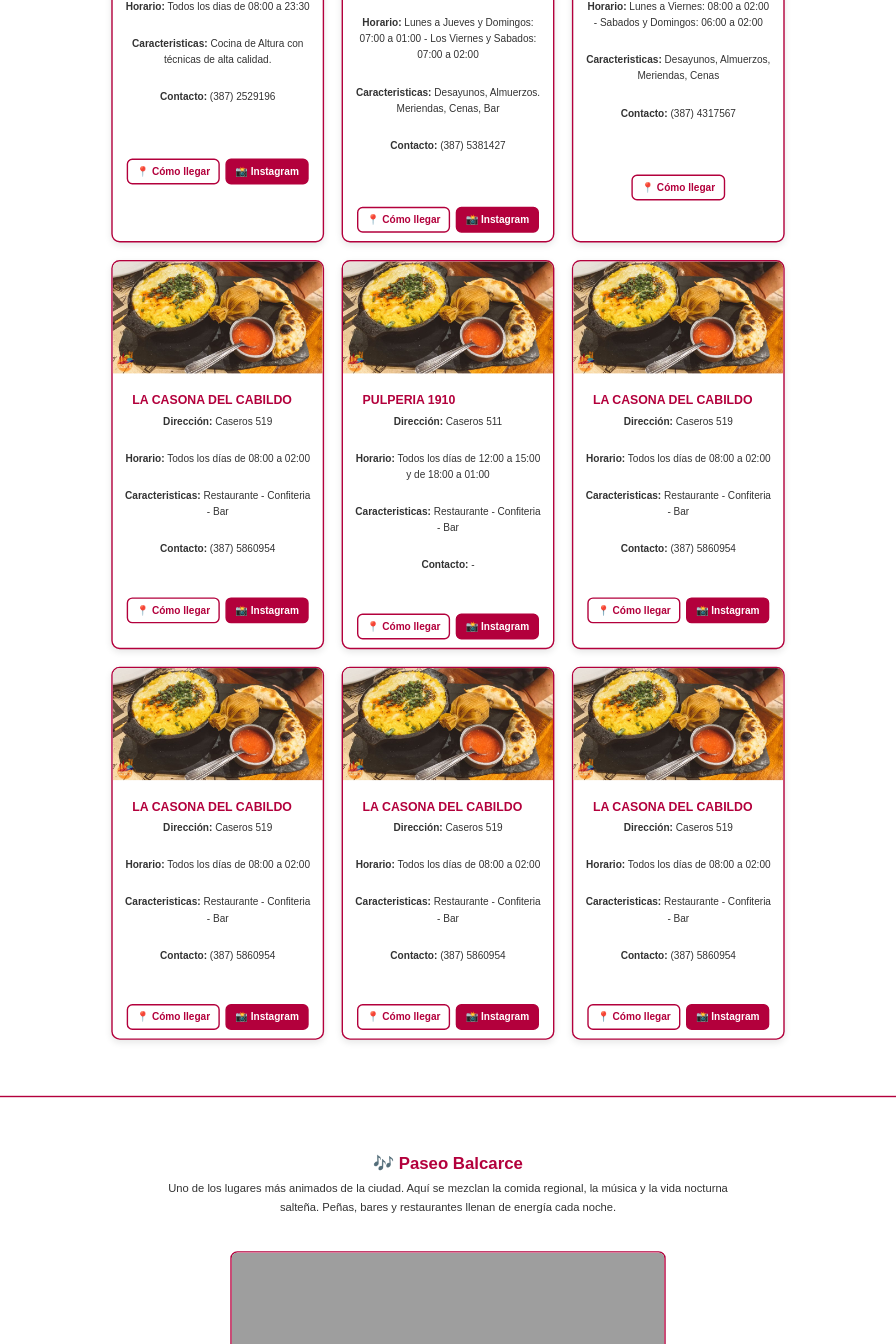
Repository: nahir95/come-en-salta
Page: restaurantes.html
An editor plug-in stored every save of this project. The page is shown before and after the next save, followed by the edit.
The browser window is 1280 px wide. The pictures show the part of the page from y = 1408 to 3328 px (the page is 6205 px tall before and 6223 px after), at 70% of full size.
Pictures or frames that could not be fetched are drawn as grey boxes.

Above is the page before, as saved 2025-11-12 02:32:31.

### restaurantes.html
<!doctype html>
<html lang="es">
<head>
  <meta charset="utf-8" />
  <meta name="viewport" content="width=device-width, initial-scale=1" />
  <title>Restaurantes - Comé en Salta</title>
  <link rel="stylesheet" href="style.css">
</head>

<body>
  <header>
    <h1>Comé en Salta</h1>
    <nav>
      <a href="index.html">Inicio</a>
      <a href="restaurantes.html">Restaurantes</a>
      <a href="penas.html">Peñas</a>
      <a href="#contacto">Contacto</a>
    </nav>
  </header>

  <main class="restaurantes">
    <section class="intro">
      <h2>Los mejores lugares para disfrutar en Salta</h2>
      <p>Explorá los sabores salteños en cada rincón de la ciudad. Desde el corazón histórico hasta los paseos más modernos, la gastronomía local te invita a vivir experiencias únicas.</p>
    </section>

    <!-- PLAZA 9 DE JULIO -->
<section id="plaza9" class="zona">
  <h2>🍽️ Plaza 9 de Julio</h2>
  <p>El corazón histórico de Salta ofrece restaurantes con encanto colonial, ideales para disfrutar de la gastronomía local frente a la plaza principal.</p>

  <div class="zona-grid">

    <!-- Restaurante 1 -->
    <article class="card restaurante">
      <img src="imagenes/cafe-catedral.jpeg" alt="El Solar del Convento">
      <div class="card-content">
        <h3>CAFE CATEDRAL</h3>
        <p><strong>Dirección:</strong> Bartolomé Mitre 95</p>
        <p><strong>Horarios:</strong> Lunes a Viernes: 7:00 a 22:00 - Sabado: 7:00 a 14:00</p>
        <p><strong>Caracteristicas:</strong> Desayunos, Almuerzos, Meriendas</p>
        <p><strong>Contacto:</strong> (387) 4317756 - (387) 5323658</p>
        <div class="btns-resto">
          <a href="https://maps.app.goo.gl/VMKrjFsvunXBDcr2A" target="_blank" class="btn">📍 Cómo llegar</a>
          <a href="https://www.instagram.com/cafecatedral_?igsh=MnE1amYwa3dqeDF6" target="_blank" class="btn btn-secundario">📸 Instagram</a>
        </div>
      </div>
    </article>

    <!-- Restaurante 2 -->
    <article class="card restaurante">
      <img src="https://images.unsplash.com/photo-1565299624946-b28f40a0ae38?w=800" alt="Fritito">
      <div class="card-content">
        <h3>FRITITO</h3>
        <p><strong>Dirección:</strong> Bartolome Mitre 85</p>
        <p><strong>Horario:</strong> Todos los días de 10:00 a 23:00</p>
        <p><strong>Caracteristicas:</strong> Comidas Rapidas - Fries & Burger</p>
        <p><strong>Contacto:</strong> (387) 5742741</p> <br> <br>
        <div class="btns-resto">
          <a href="https://maps.app.goo.gl/fA5zTu5r4aBTFWrC6?g_st=aw" target="_blank" class="btn">📍 Cómo llegar</a>
          <a href="https://www.instagram.com/fritito.salta?igsh=MXFieXNvZHdlZHZzZg==" target="_blank" class="btn btn-secundario">📸 Instagram</a>
        </div>
      </div>
    </article>

    <!-- Restaurante 3 -->
     <article class="card restaurante">
      <img src="imagenes/carrusel-1.jpg" alt="El Wey">
      <div class="card-content">
        <h3>EL WEY</h3>
        <p><strong>Dirección:</strong> Bartolome Mitre 81</p>
        <p><strong>Horario:</strong> Todos los días de 12:00 a 16:00 y de 19:00 a 00:00</p>
        <p><strong>Caracteristicas:</strong> Comida Mexicana: Tacos</p>
        <p><strong>Contacto:</strong> (387) 5157868</p> <br>
        <div class="btns-resto">
          <a href="https://maps.app.goo.gl/HWUzTfTShyvQshCx5?g_st=aw" target="_blank" class="btn">📍 Cómo llegar</a>
          <a href="https://www.instagram.com/el_wey_tacos?igsh=Mzk2ZTZzdmM3N3g5" target="_blank" class="btn btn-secundario">📸 Instagram</a>
        </div>
      </div>
     </article>

     <!-- Restaurante 4 -->
      <article class="card restaurante">
        <img src="imagenes/cafe-catedral.jpeg" alt="Yako">
        <div class="card-content">
          <h3>YAKO MAAM</h3>
          <P><strong>Dirección:</strong> Bartolome Mitre 77</P>
          <p><strong>Horario:</strong> Todos los dias de 08:00 a 23:30</p>
          <p><strong>Caracteristicas:</strong> Cocina de Altura con técnicas de alta calidad.</p>
          <p><strong>Contacto:</strong> (387) 2529196</p> <br> <br>
           <div class="btns-resto">
          <a href="https://maps.app.goo.gl/gud9KhsUfRgktwaAA?g_st=aw" target="_blank" class="btn">📍 Cómo llegar</a>
          <a href="https://www.instagram.com/yako.maam?igsh=ZW82NnRrNmltaHpj" target="_blank" class="btn btn-secundario">📸 Instagram</a>
        </div>
        </div>
      </article>

       <!-- Restaurante 5 -->
     <article class="card restaurante">
      <img src="imagenes/carrusel-1.jpg" alt="Tuna Cocina">
      <div class="card-content">
        <h3>TUNA COCINA</h3>
        <p><strong>Dirección:</strong> Bartolome Mitre 37 - Galeria El Palacio</p>
        <p><strong>Horario:</strong> Lunes a Jueves y Domingos: 07:00 a 01:00 - Los Viernes y Sabados: 07:00 a 02:00</p>
        <p><strong>Caracteristicas:</strong> Desayunos, Almuerzos. Meriendas, Cenas, Bar</p>
        <p><strong>Contacto:</strong> (387) 5381427</p> <br> <br>
        <div class="btns-resto">
          <a href="https://maps.app.goo.gl/PCjznmCm7fmgmqhf8?g_st=aw" target="_blank" class="btn">📍 Cómo llegar</a>
          <a href="https://www.instagram.com/tunacocina?igsh=bWRpaGdxN2wyMXRj" target="_blank" class="btn btn-secundario">📸 Instagram</a>
        </div>
      </div>
     </article>

      <!-- Restaurante 6 -->
     <article class="card restaurante">
      <img src="imagenes/carrusel-1.jpg" alt="New Time">
      <div class="card-content">
        <h3>NEW TIME</h3>
        <p><strong>Dirección:</strong> Caseros 602</p>
        <p><strong>Horario:</strong> Lunes a Viernes: 08:00 a 02:00 - Sabados y Domingos: 06:00 a 02:00</p>
        <p><strong>Caracteristicas:</strong> Desayunos, Almuerzos, Meriendas, Cenas</p>
        <p><strong>Contacto:</strong> (387) 4317567</p> <br> <br>
        <div class="btns-resto">
          <a href="https://maps.app.goo.gl/SDz5q4yyxKZGqRi97?g_st=aw" target="_blank" class="btn">📍 Cómo llegar</a>
        </div>
      </div>
     </article>

      <!-- Restaurante 7 -->
     <article class="card restaurante">
      <img src="imagenes/carrusel-1.jpg" alt="La Casona del Cabildo">
      <div class="card-content">
        <h3>LA CASONA DEL CABILDO</h3>
        <p><strong>Dirección:</strong> Caseros 519</p>
        <p><strong>Horario:</strong> Todos los días de 08:00 a 02:00</p>
        <p><strong>Caracteristicas:</strong> Restaurante - Confiteria - Bar</p>
        <p><strong>Contacto:</strong> (387) 5860954</p> <br>
        <div class="btns-resto">
          <a href="https://maps.app.goo.gl/SqyFGXWdCELtACJa8?g_st=aw" target="_blank" class="btn">📍 Cómo llegar</a>
          <a href="https://www.instagram.com/lacasonadelcabildo?igsh=MThnNnZqaWN6cmZneg==" target="_blank" class="btn btn-secundario">📸 Instagram</a>
        </div>
      </div>
     </article>

      <!-- Restaurante 8 -->
     <article class="card restaurante">
      <img src="imagenes/carrusel-1.jpg" alt="Pulperia 1910">
      <div class="card-content">
        <h3>PULPERIA 1910</h3>
        <p><strong>Dirección:</strong> Caseros 511</p>
        <p><strong>Horario:</strong> Todos los días de 12:00 a 15:00 y de 18:00 a 01:00</p>
        <p><strong>Caracteristicas:</strong> Restaurante - Confiteria - Bar</p>
        <p><strong>Contacto:</strong> - </p> <br>
        <div class="btns-resto">
          <a href="https://maps.app.goo.gl/pwbjSTetp75Qohrx8?g_st=aw" target="_blank" class="btn">📍 Cómo llegar</a>
          <a href="https://www.instagram.com/pulperia.1910?igsh=dnhlMGJxeWgxdmh1" target="_blank" class="btn btn-secundario">📸 Instagram</a>
        </div>
      </div>
     </article>

      <!-- Restaurante 9 -->
     <article class="card restaurante">
      <img src="imagenes/carrusel-1.jpg" alt="La Casona del Cabildo">
      <div class="card-content">
        <h3>LA CASONA DEL CABILDO</h3>
        <p><strong>Dirección:</strong> Caseros 519</p>
        <p><strong>Horario:</strong> Todos los días de 08:00 a 02:00</p>
        <p><strong>Caracteristicas:</strong> Restaurante - Confiteria - Bar</p>
        <p><strong>Contacto:</strong> (387) 5860954</p> <br>
        <div class="btns-resto">
          <a href="https://maps.app.goo.gl/SqyFGXWdCELtACJa8?g_st=aw" target="_blank" class="btn">📍 Cómo llegar</a>
          <a href="https://www.instagram.com/lacasonadelcabildo?igsh=MThnNnZqaWN6cmZneg==" target="_blank" class="btn btn-secundario">📸 Instagram</a>
        </div>
      </div>
     </article>

      <!-- Restaurante 10 -->
     <article class="card restaurante">
      <img src="imagenes/carrusel-1.jpg" alt="La Casona del Cabildo">
      <div class="card-content">
        <h3>LA CASONA DEL CABILDO</h3>
        <p><strong>Dirección:</strong> Caseros 519</p>
        <p><strong>Horario:</strong> Todos los días de 08:00 a 02:00</p>
        <p><strong>Caracteristicas:</strong> Restaurante - Confiteria - Bar</p>
        <p><strong>Contacto:</strong> (387) 5860954</p> <br>
        <div class="btns-resto">
          <a href="https://maps.app.goo.gl/SqyFGXWdCELtACJa8?g_st=aw" target="_blank" class="btn">📍 Cómo llegar</a>
          <a href="https://www.instagram.com/lacasonadelcabildo?igsh=MThnNnZqaWN6cmZneg==" target="_blank" class="btn btn-secundario">📸 Instagram</a>
        </div>
      </div>
     </article>

      <!-- Restaurante 11 -->
     <article class="card restaurante">
      <img src="imagenes/carrusel-1.jpg" alt="La Casona del Cabildo">
      <div class="card-content">
        <h3>LA CASONA DEL CABILDO</h3>
        <p><strong>Dirección:</strong> Caseros 519</p>
        <p><strong>Horario:</strong> Todos los días de 08:00 a 02:00</p>
        <p><strong>Caracteristicas:</strong> Restaurante - Confiteria - Bar</p>
        <p><strong>Contacto:</strong> (387) 5860954</p> <br>
        <div class="btns-resto">
          <a href="https://maps.app.goo.gl/SqyFGXWdCELtACJa8?g_st=aw" target="_blank" class="btn">📍 Cómo llegar</a>
          <a href="https://www.instagram.com/lacasonadelcabildo?igsh=MThnNnZqaWN6cmZneg==" target="_blank" class="btn btn-secundario">📸 Instagram</a>
        </div>
      </div>
     </article>

      <!-- Restaurante 12 -->
     <article class="card restaurante">
      <img src="imagenes/carrusel-1.jpg" alt="La Casona del Cabildo">
      <div class="card-content">
        <h3>LA CASONA DEL CABILDO</h3>
        <p><strong>Dirección:</strong> Caseros 519</p>
        <p><strong>Horario:</strong> Todos los días de 08:00 a 02:00</p>
        <p><strong>Caracteristicas:</strong> Restaurante - Confiteria - Bar</p>
        <p><strong>Contacto:</strong> (387) 5860954</p> <br>
        <div class="btns-resto">
          <a href="https://maps.app.goo.gl/SqyFGXWdCELtACJa8?g_st=aw" target="_blank" class="btn">📍 Cómo llegar</a>
          <a href="https://www.instagram.com/lacasonadelcabildo?igsh=MThnNnZqaWN6cmZneg==" target="_blank" class="btn btn-secundario">📸 Instagram</a>
        </div>
      </div>
     </article>




  </div>
</section>


    <!-- PASEO BALCARCE -->
    <section id="balcarce" class="zona">
      <h2>🎶 Paseo Balcarce</h2>
      <p>Uno de los lugares más animados de la ciudad. Aquí se mezclan la comida regional, la música y la vida nocturna salteña. Peñas, bares y restaurantes llenan de energía cada noche.</p>

      <div class="zona-grid">
        <article class="card">
          <img src="https://images.unsplash.com/photo-1528605248644-14dd04022da1?w=800" alt="Paseo Balcarce Salta">
          <h3>La Vieja Estación</h3>
          <p>Tradicional peña y restaurante con show en vivo. Ideal para probar empanadas y locro.</p>
        </article>
        <article class="card">
          <img src="https://images.unsplash.com/photo-1600891964599-f61ba0e24092?w=800" alt="Restaurante moderno en Balcarce">
          <h3>La Monumental</h3>
          <p>Restaurante moderno con opciones gourmet y coctelería de autor.</p>
        </article>
      </div>
    </section>

    <!-- PASEO GÜEMES -->
    <section id="guemes" class="zona">
      <h2>🍷 Paseo Güemes</h2>
      <p>La zona joven y moderna de Salta. Ideal para quienes buscan cocina contemporánea, bares y terrazas con estilo. Un punto de encuentro entre turistas y locales.</p>

      <div class="zona-grid">
        <article class="card">
          <img src="https://images.unsplash.com/photo-1615719413546-198b25453f85?w=800" alt="Paseo Güemes">
          <h3>El Charrúa</h3>
          <p>Especialidad en carnes a la parrilla y vinos de altura. Un clásico salteño imperdible.</p>
        </article>
        <article class="card">
          <img src="https://images.unsplash.com/photo-1551218808-94e220e084d2?w=800" alt="Café moderno">
          <h3>Baco Resto Bar</h3>
          <p>Ambiente moderno y excelente coctelería, ideal para compartir entre amigos.</p>
        </article>
      </div>
    </section>

    <!-- CADENAS DE COMIDAS RÁPIDAS -->
    <section id="rapidas" class="zona">
      <h2>🍔 Cadenas de Comidas Rápidas</h2>
      <p>También hay opciones para quienes buscan algo rápido y conocido. Las principales cadenas se encuentran cerca del centro y los shoppings.</p>

      <ul class="lista-rapidas">
        <li>McDonald’s – Shopping Alto NOA</li>
        <li>Burger King – Caseros 500</li>
        <li>Mostaza – Paseo Güemes</li>
        <li>Subway – Balcarce 50</li>
      </ul>
    </section>

    <!-- EXTRA: RESTAURANTES DESTACADOS -->
    <section id="destacados" class="zona">
      <h2>⭐ Recomendados por los turistas</h2>
      <p>Según visitantes y locales, estos son algunos de los restaurantes imperdibles para vivir la experiencia completa de la gastronomía salteña.</p>
      <div class="zona-grid">
        <article class="card">
          <img src="https://images.unsplash.com/photo-1504674900247-0877df9cc836?w=800" alt="Empanadas salteñas">
          <h3>Doña Salta</h3>
          <p>Empanadas caseras, locro y guisos típicos en un ambiente colonial.</p>
        </article>
        <article class="card">
          <img src="https://images.unsplash.com/photo-1601924582971-c8b28a3a13f1?w=800" alt="Locro salteño">
          <h3>El Patio de la Empanada</h3>
          <p>Conocido por su sabor auténtico y precios populares. Ideal para turistas.</p>
        </article>
      </div>
    </section>
  </main>

  <footer>
    Creado con ❤️ por Comé en Salta · 2025
  </footer>
</body>
</html>

### style.css
/* ==========================
   ESTILOS GENERALES
========================== */
body {
  margin: 0;
  font-family: 'Poppins', sans-serif;
  background-color: #fff;
  color: #000;
}

/* ==========================
   HEADER
========================== */
header {
  display: flex;
  justify-content: space-between;
  align-items: center;
  background-color: #fff;
  padding: 15px 30px;
  border-bottom: 3px solid #b3003c;
}

header h1 {
  color: #b3003c;
  font-size: 1.6rem;
}

nav {
  display: flex;
  gap: 25px;
}

nav a {
  text-decoration: none;
  color: #000;
  font-weight: 600;
  transition: color 0.3s ease;
}

nav a:hover {
  color: #b3003c;
}

/* ==========================
   CARRUSEL (HERO)
========================== */
.hero {
  position: relative;
  width: 100%;
  overflow: hidden;
}

.carousel-container {
  position: relative;
  width: 100%;
  height: 80vh;
}

.carousel {
  display: flex;
  width: 300%;
  transition: transform 0.8s ease-in-out;
}

.carousel img {
  width: 100%;
  height: 80vh;
  object-fit: cover;
  filter: brightness(0.7);
}

/* Botones del carrusel */
.btn-carrusel {
  position: absolute;
  top: 50%;
  transform: translateY(-50%);
  background-color: rgba(179, 0, 60, 0.8);
  color: white;
  border: none;
  font-size: 2rem;
  padding: 10px 15px;
  cursor: pointer;
  border-radius: 50%;
  transition: background 0.3s ease;
}

.btn-carrusel:hover {
  background-color: #b3003c;
}

#prev { left: 20px; }
#next { right: 20px; }

/* Texto sobre el carrusel */
.overlay {
  position: absolute;
  top: 50%;
  left: 50%;
  transform: translate(-50%, -50%);
  color: white;
  text-align: center;
  text-shadow: 0 2px 5px rgba(0,0,0,0.7);
}

.overlay h2 {
  font-size: 2rem;
  color: #fff;
  margin-bottom: 10px;
}

.overlay p {
  font-size: 1.2rem;
}

/* ==========================
   SECCIÓN INICIO
========================== */
.inicio {
  text-align: center;
  padding: 80px 20px;
  background-color: #fff;
}

.inicio h2 {
  color: #b3003c;
  font-size: 2rem;
  margin-bottom: 15px;
}

.inicio p {
  max-width: 800px;
  margin: 0 auto 30px auto;
  color: #333;
  line-height: 1.6;
}

/* BOTONES PRINCIPALES */
.inicio-buttons .btn {
  display: inline-block;
  margin: 10px;
  padding: 12px 24px;
  border: 2px solid #b3003c;
  border-radius: 8px;
  color: #b3003c;
  background: transparent;
  text-decoration: none;
  font-weight: 600;
  transition: all 0.3s ease;
}

.inicio-buttons .btn:hover {
  background: #b3003c;
  color: white;
}
/* ==========================
   SECCIÓN "POR QUÉ COMER EN SALTA"
========================== */
.porque {
  text-align: center;
  padding: 60px 20px;
  background-color: #f7f7f7;
  border-top: 2px solid #b3003c;
  border-bottom: 2px solid #b3003c;
}

.porque h2 {
  color: #b3003c;
  margin-bottom: 15px;
}

.porque p {
  max-width: 800px;
  margin: auto;
  font-size: 1.1rem;
  color: #333;
  line-height: 1.6;
}

/* ==========================
   SABORES
========================== */
.sabores {
  padding: 60px 20px;
  background-color: #fff;
  text-align: center;
}

.sabores h2 {
  color: #b3003c;
  margin-bottom: 25px;
}

.sabores-grid {
  display: grid;
  grid-template-columns: repeat(auto-fit, minmax(220px, 1fr));
  gap: 25px;
}

.plato {
  background: #fff;
  border-radius: 12px;
  border: 2px solid #b3003c;
  overflow: hidden;
  transition: transform 0.3s ease, box-shadow 0.3s ease;
}

.plato:hover {
  transform: scale(1.05);
  box-shadow: 0 4px 12px rgba(0,0,0,0.15);
}

.plato img {
  width: 100%;
  height: 160px;
  object-fit: cover;
}

.plato h3 {
  padding: 12px;
  color: #b3003c;
}

/* ==========================
   FRASE FINAL
========================== */
.frase {
  background: #b3003c;
  color: white;
  text-align: center;
  padding: 40px 10px;
  font-style: italic;
  font-size: 1.2rem;
}

/* ==========================
   FOOTER
========================== */
footer {
  background-color: #fff;
  color: #333;
  text-align: center;
  padding: 20px;
  border-top: 3px solid #b3003c;
  font-weight: 500;
}
.carousel-container {
  position: relative;
  overflow: hidden;
  width: 100%;
  height: 400px;
}

.carousel {
  display: flex;
  transition: transform 1s ease;
  width: 100%;
  height: 100%;
}

.carousel img {
  flex: 0 0 100%;
  width: 100%;
  height: 100%;
  object-fit: cover;
}
/* ==========================
   RESTAURANTES
========================== */
.restaurantes .intro {
  text-align: center;
  padding: 60px 20px;
}

.restaurantes .intro h2 {
  color: #b3003c;
  margin-bottom: 10px;
}

.restaurantes .zona {
  padding: 60px 20px;
  border-top: 2px solid #b3003c;
  background-color: #fff;
}

.restaurantes .zona h2 {
  color: #b3003c;
  margin-bottom: 10px;
  text-align: center;
}

.restaurantes .zona p {
  text-align: center;
  max-width: 800px;
  margin: 0 auto 30px auto;
  line-height: 1.6;
  color: #333;
}

.zona-grid {
  display: grid;
  grid-template-columns: repeat(auto-fit, minmax(250px, 1fr));
  gap: 25px;
}

.card {
  background: #fff;
  border: 2px solid #b3003c;
  border-radius: 10px;
  overflow: hidden;
  transition: transform 0.3s ease, box-shadow 0.3s ease;
}

.card:hover {
  transform: scale(1.05);
  box-shadow: 0 4px 12px rgba(0,0,0,0.15);
}

.card img {
  width: 100%;
  height: 180px;
  object-fit: cover;
}

.card h3 {
  margin: 12px;
  color: #b3003c;
}

.card p {
  margin: 0 12px 15px 12px;
  color: #333;
}

.lista-rapidas {
  max-width: 600px;
  margin: 0 auto;
  list-style: none;
  padding: 0;
  text-align: center;
}

.lista-rapidas li {
  background: #f8f8f8;
  border: 1px solid #b3003c;
  padding: 10px;
  border-radius: 6px;
  margin-bottom: 8px;
  color: #333;
  transition: background 0.3s;
}

.lista-rapidas li:hover {
  background: #b3003c;
  color: white;
}
/* === Contenedor general de las tarjetas === */
.zona-grid {
  display: flex;
  flex-wrap: wrap;
  justify-content: center; /* 🔹 centra todas las tarjetas */
  gap: 25px; /* espacio entre tarjetas */
  max-width: 1000px; /* 🔹 limita el ancho total del grid */
  margin: 0 auto; /* centra el bloque en la página */
  padding: 20px;
}

/* === Tarjetas de restaurantes === */
.restaurante {
  background: #fff;
  border: 2px solid #b3003c;
  border-radius: 12px;
  overflow: hidden;
  flex: 1 1 calc(33.333% - 40px); /* 🔹 3 por fila con espacio */
  max-width: 300px; /* evita que crezcan demasiado */
  box-shadow: 0 4px 10px rgba(0,0,0,0.1);
  transition: transform 0.3s ease, box-shadow 0.3s ease;
}

.restaurante:hover {
  transform: translateY(-5px);
  box-shadow: 0 6px 16px rgba(0,0,0,0.15);
}

.restaurante img {
  width: 100%;
  height: 160px;
  object-fit: cover;
}

.restaurante .card-content {
  padding: 12px 16px;
}

.restaurante h3 {
  color: #b3003c;
  font-size: 1.1rem;
  margin-bottom: 8px;
}

.restaurante p {
  color: #333;
  margin: 4px 0;
  font-size: 0.9rem;
}

/* === Botones === */
.btns-resto {
  display: flex;
  justify-content: center;
  gap: 8px;
  margin-top: 10px;
  flex-wrap: wrap;
}

.btns-resto .btn {
  display: inline-block;
  text-align: center;
  padding: 8px 12px;
  border: 2px solid #b3003c;
  border-radius: 8px;
  text-decoration: none;
  color: #b3003c;
  font-weight: 600;
  transition: all 0.3s ease;
  font-size: 0.9rem;
}

.btns-resto .btn:hover {
  background: #b3003c;
  color: #fff;
}

.btns-resto .btn-secundario {
  background: #b3003c;
  color: #fff;
}

.btns-resto .btn-secundario:hover {
  background: transparent;
  color: #b3003c;
}

After the next save:
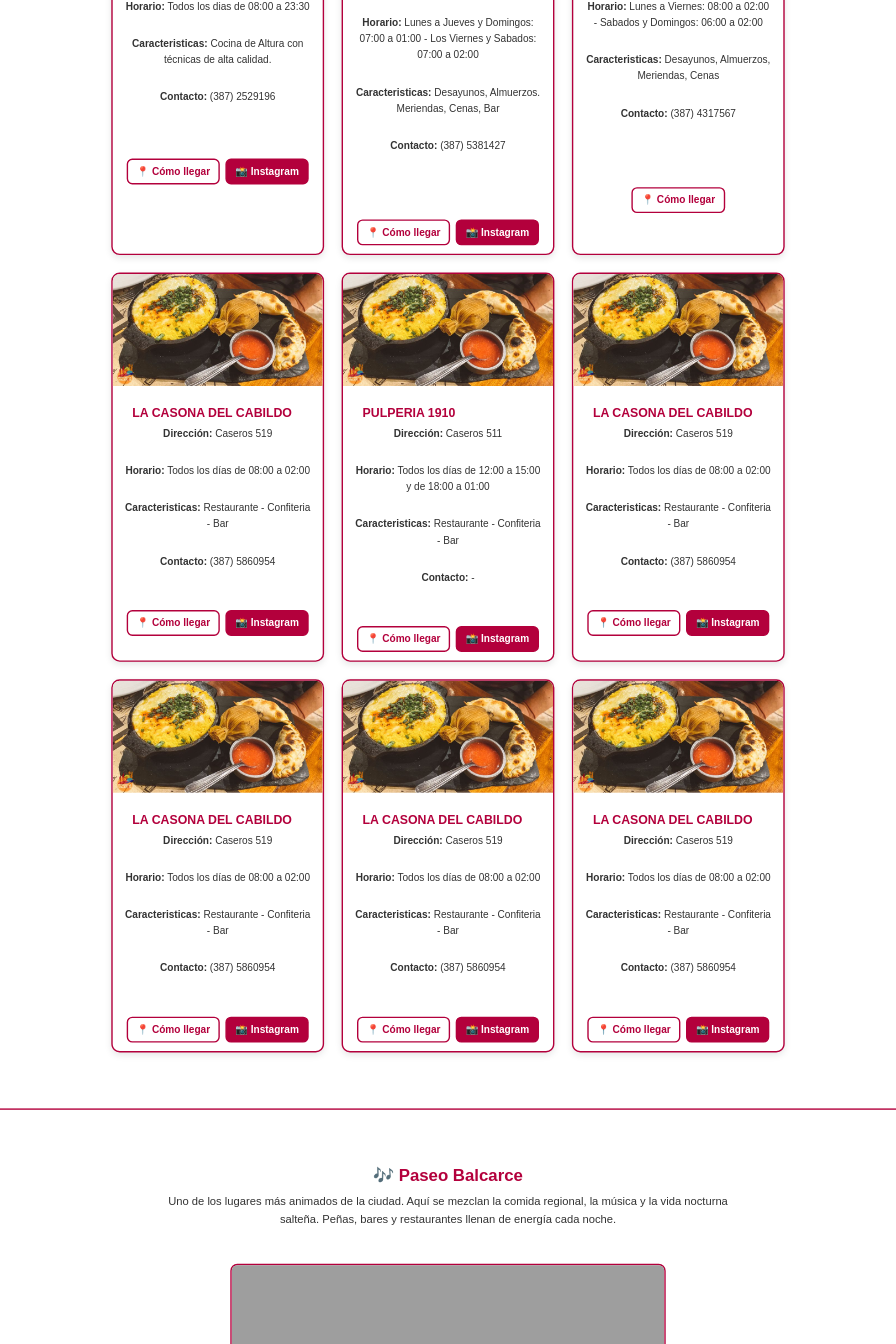
Saved 31 s later.
--- a/restaurantes.html
+++ b/restaurantes.html
@@ -103,7 +103,7 @@
         <p><strong>Dirección:</strong> Bartolome Mitre 37 - Galeria El Palacio</p>
         <p><strong>Horario:</strong> Lunes a Jueves y Domingos: 07:00 a 01:00 - Los Viernes y Sabados: 07:00 a 02:00</p>
         <p><strong>Caracteristicas:</strong> Desayunos, Almuerzos. Meriendas, Cenas, Bar</p>
-        <p><strong>Contacto:</strong> (387) 5381427</p> <br> <br>
+        <p><strong>Contacto:</strong> (387) 5381427</p> <br> <br> <br>
         <div class="btns-resto">
           <a href="https://maps.app.goo.gl/PCjznmCm7fmgmqhf8?g_st=aw" target="_blank" class="btn">📍 Cómo llegar</a>
           <a href="https://www.instagram.com/tunacocina?igsh=bWRpaGdxN2wyMXRj" target="_blank" class="btn btn-secundario">📸 Instagram</a>
@@ -119,7 +119,7 @@
         <p><strong>Dirección:</strong> Caseros 602</p>
         <p><strong>Horario:</strong> Lunes a Viernes: 08:00 a 02:00 - Sabados y Domingos: 06:00 a 02:00</p>
         <p><strong>Caracteristicas:</strong> Desayunos, Almuerzos, Meriendas, Cenas</p>
-        <p><strong>Contacto:</strong> (387) 4317567</p> <br> <br>
+        <p><strong>Contacto:</strong> (387) 4317567</p> <br> <br> <br>
         <div class="btns-resto">
           <a href="https://maps.app.goo.gl/SDz5q4yyxKZGqRi97?g_st=aw" target="_blank" class="btn">📍 Cómo llegar</a>
         </div>
